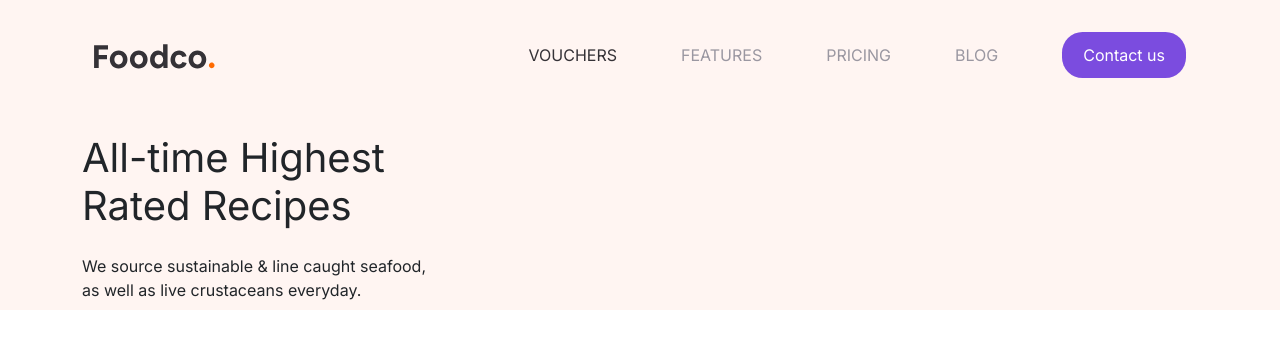
Repository: badhon252/Foodco
Page: index.html
The author's editor kept a copy of each file at every save. The page is drawn from the files as they stood at one save, then again after the next save.
The browser window is 1280 px wide. The pictures show the whole page.
The style sheet was rebuilt from its Sass, Less or Tailwind sources for each picture, by a compiler version that may differ from the author's.

Above is the page before, as saved 2022-09-15 15:30:15.

### index.html
<!DOCTYPE html>
<html lang="en">

<head>
    <meta charset="UTF-8">
    <meta http-equiv="X-UA-Compatible" content="IE=edge">
    <meta name="viewport" content="width=device-width, initial-scale=1.0">
    <!-- bootstrap cdn link  -->
    <!-- I'm using bootstrap 5 for this project, Let's code!  -->
    <!-- CSS only -->
    <link href="https://cdn.jsdelivr.net/npm/bootstrap@5.2.1/dist/css/bootstrap.min.css" rel="stylesheet"
        integrity="sha384-iYQeCzEYFbKjA/T2uDLTpkwGzCiq6soy8tYaI1GyVh/UjpbCx/TYkiZhlZB6+fzT" crossorigin="anonymous">

    <link rel="stylesheet" href="scss/style.css">
    <title>FoodCo</title>
</head>

<body>

    <main id="header">
        <header class="container">

            <nav class="navbar navbar-expand-lg py-3">
                <div class="container-fluid">
                    <a class="navbar-brand" href="#"><img src="./image/logo.svg" alt=""></a>
                    <button class="navbar-toggler" type="button" data-bs-toggle="collapse" data-bs-target="#navbarNav"
                        aria-controls="navbarNav" aria-expanded="false" aria-label="Toggle navigation">
                        <span class="navbar-toggler-icon"></span>
                    </button>
                    <div class="collapse navbar-collapse" id="navbarNav">
                        <ul class="navbar-nav ms-auto py-3">
                            <li class="nav-item">
                                <a class="nav-link active" aria-current="page" href="#">Vouchers</a>
                            </li>
                            <li class="nav-item">
                                <a class="nav-link" href="#">Features</a>
                            </li>
                            <li class="nav-item">
                                <a class="nav-link" href="#">Pricing</a>
                            </li>
                            <li class="nav-item">
                                <a class="nav-link" href="">Blog</a>
                            </li>
                            <button class="btn">Contact us</button>
                        </ul>
                    </div>
                </div>
            </nav>

            <div class="div header-content">
                <div class="row">
                    <div class="col-md-4">
                        <h1 class="my-4">All-time <span>Highest</span> Rated Recipes</h1>
                        <p class="my-2">We source sustainable & line caught seafood, as well as live crustaceans
                            everyday.</p>
                    </div>
                    <div class="col-md-8"></div>
                </div>
            </div>
        </header>
    </main>

</body>

</html>

### scss/style.scss
@import url("https://fonts.googleapis.com/css2?family=Inter:wght@400;600;700;800;900&display=swap");
@font-face {
  font-family: circular;
  src: url(../fonts/Circular_Std_Font.otf);
}
@font-face {
  font-family: AirbnbCereal_W_Bd;
  src: url(../fonts/AirbnbCereal_W_Bd.otf);
}
@font-face {
  font-family: AirbnbCereal_W_Bk;
  src: url(../fonts//AirbnbCereal_W_Bk.otf);
}
@font-face {
  font-family: AirbnbCereal_W_Blk;
  src: url(../fonts/AirbnbCereal_W_Blk.otf);
}
@font-face {
  font-family: AirbnbCereal_W_Lt;
  src: url(../fonts/AirbnbCereal_W_Lt.otf);
}
@font-face {
  font-family: AirbnbCereal_W_Md;
  src: url(../fonts/AirbnbCereal_W_Md.otf);
}
@font-face {
  font-family: AirbnbCereal_W_XBd;
  src: url(../fonts/AirbnbCereal_W_XBd.otf);
}
* {
  margin: 0;
  padding: 0;
  box-sizing: border-box;
  font-family: "Inter", sans-serif;
  //   font-family: circular;
}
// .container {
//   margin: 2rem 14rem;
// }
// .btn,
// .link {
//   cursor: pointer;
// }
.link {
  text-decoration: none;
  color: #353237;
}
.btn {
  outline: none;
  border: none;
  padding: 12px 25px;
  font-size: 1rem;
  font-weight: 400;
}
.active {
  color: #353237 !important;
}
li {
  list-style-type: none;
}
.py-1 {
  padding: 1rem 0;
}
.py-2 {
  padding: 2rem 0;
}
.py-3 {
  padding: 3rem 0;
}
.py-4 {
  padding: 4rem 0;
}
.my-1 {
  margin: 1rem 0;
}
.my-1 {
  margin: 1rem 0;
}
.my-2 {
  margin: 2rem 0;
}
.my-3 {
  margin: 3rem 0;
}
.my-4 {
  margin: 4rem 0;
}
.my-5 {
  margin: 5rem 0;
}

// =======================
//===========================
#header {
  background-color: #fff5f2;

  .navbar {
    .navbar-nav {
      align-items: center;
      .nav-item {
        margin: 0 1.5rem;
        .nav-link {
          font-weight: 500;
          font-size: 1rem;
          line-height: 20px;
          text-transform: uppercase;
          color: #9a97a1;
          //   color: #353237;
          &:hover {
            color: #353237;
          }
        }
      }
      .btn {
        background-color: #7b4cdf;
        border-radius: 20.5px;
        color: #fff;
        margin-left: 2rem;
        padding: 11px 21px;
      }
    }
  }
}

After the next save:
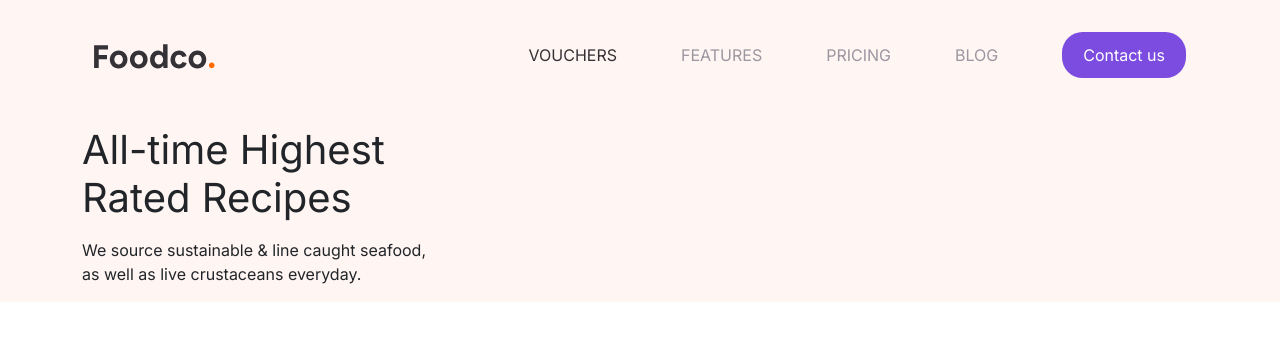
Saved 7 s later.
--- a/index.html
+++ b/index.html
@@ -50,8 +50,8 @@
             <div class="div header-content">
                 <div class="row">
                     <div class="col-md-4">
-                        <h1 class="my-4">All-time <span>Highest</span> Rated Recipes</h1>
-                        <p class="my-2">We source sustainable & line caught seafood, as well as live crustaceans
+                        <h1 class="my-3">All-time <span>Highest</span> Rated Recipes</h1>
+                        <p class="my-3">We source sustainable & line caught seafood, as well as live crustaceans
                             everyday.</p>
                     </div>
                     <div class="col-md-8"></div>
